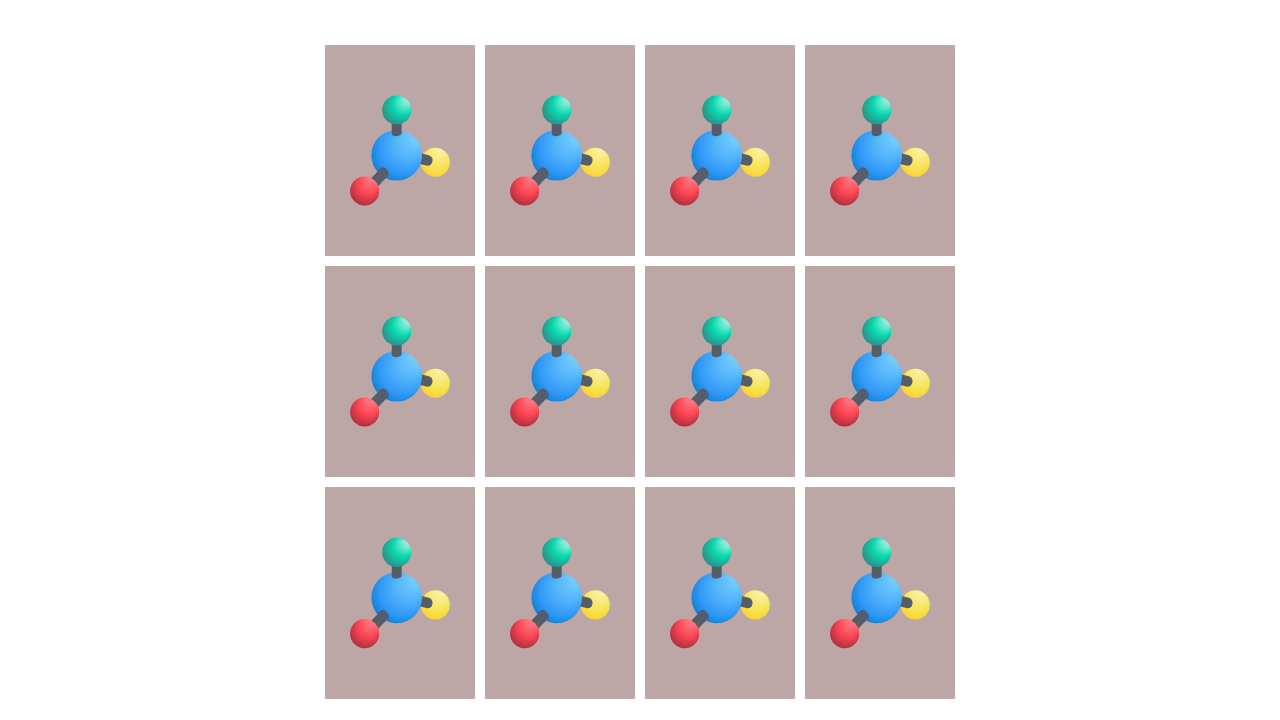
Repository: LeviUmr/JogoDaMemoria
Page: index.html
The author's editor kept a copy of each file at every save. The page is drawn from the files as they stood at one save, then again after the next save.
The browser window is 1280 px wide. The pictures show the whole page.
Pictures or frames that could not be fetched are drawn as grey boxes.

Above is the page before, as saved 2020-09-16 20:00:22.

After the next save:
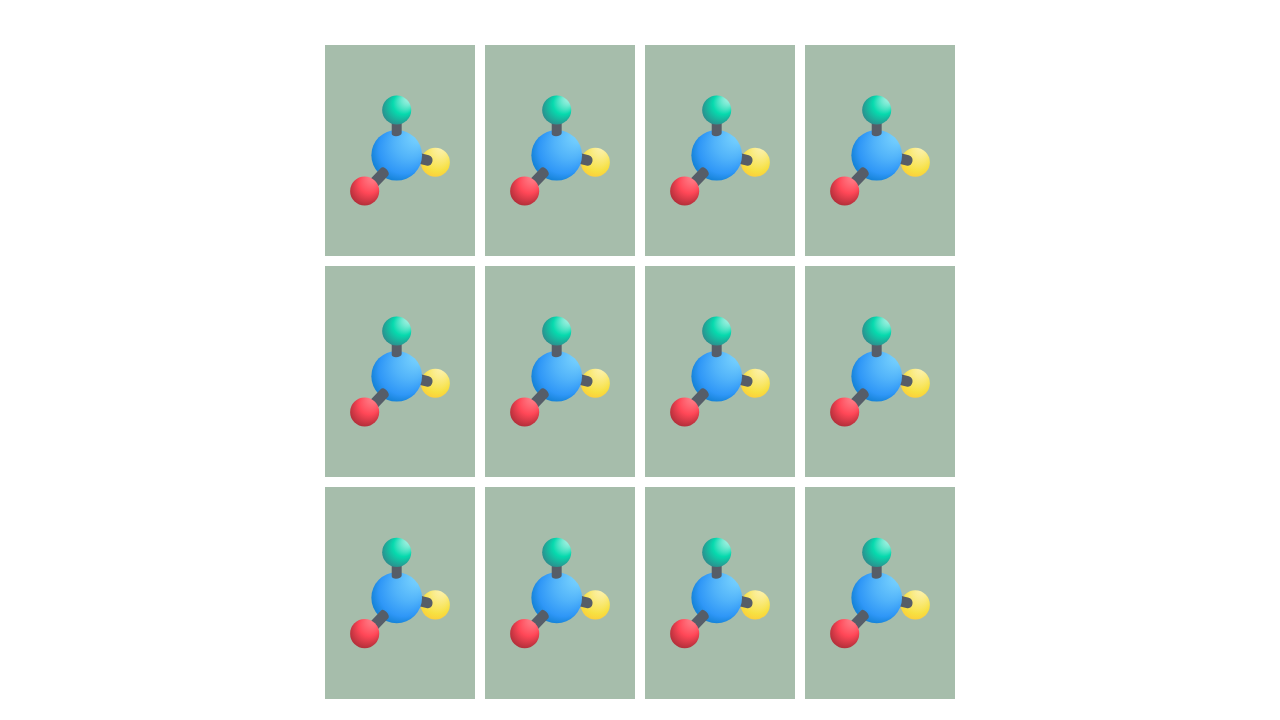
Saved 4 s later.
--- a/style.css
+++ b/style.css
@@ -25,7 +25,7 @@ body{
 
 .front,
 .back{
-    background: #bda6a6;
+    background: #a6bdab;
     width: 100%;
     height: 100%;
     padding: 20px;
